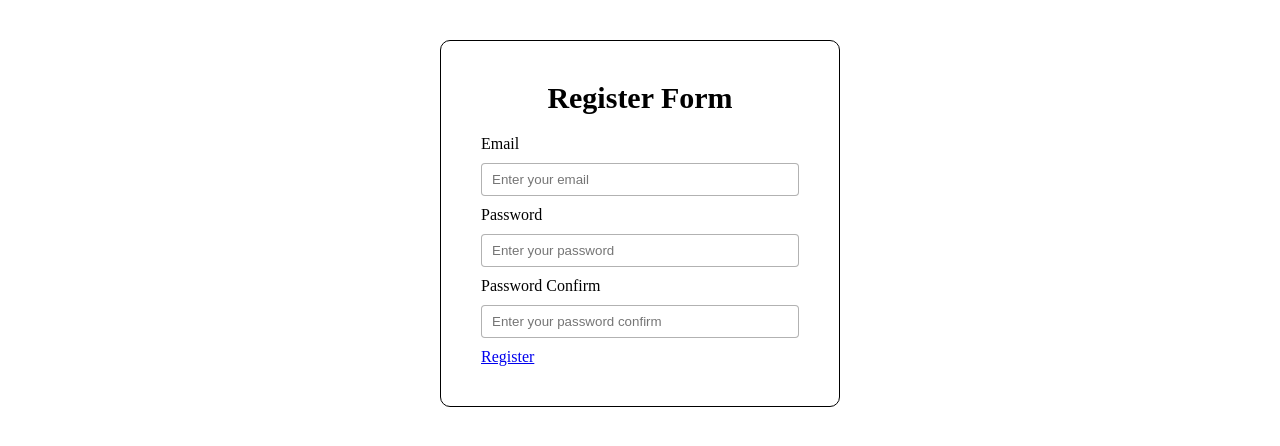
Repository: nptg3105/Register-form
Page: index.html
An editor plug-in stored every save of this project. The page is shown before and after the next save, followed by the edit.
The browser window is 1280 px wide. The pictures show the whole page.
Some web libraries are served in a nearby version.

Above is the page before, as saved 2022-01-05 21:56:53.

### index.html
<!DOCTYPE html>
<html lang="en">
  <head>
    <meta charset="UTF-8" />
    <meta http-equiv="X-UA-Compatible" content="IE=edge" />
    <meta name="viewport" content="width=device-width, initial-scale=1.0" />
    <title>Document</title>
    <link rel="stylesheet" href="style.css" />
  </head>
  <body>
    <div id="register-form"></div>

    <script
      src="https://unpkg.com/react@17/umd/react.production.min.js"
      crossorigin
    ></script>
    <script
      src="https://unpkg.com/react-dom@17/umd/react-dom.production.min.js"
      crossorigin
    ></script>
    <script src="https://unpkg.com/babel-standalone@6/babel.min.js"></script>
    <script type="text/babel" src="main.js"></script>
  </body>
</html>

### style.css
* {
  box-sizing: border-box;
  margin: 0;
  padding: 0;
}
.register {
  background-color: #fff;
  max-width: 400px;
  margin: 40px auto;
  padding: 40px;
  border: 1px solid #000;
  border-radius: 10px;
}
.title {
  text-align: center;
  font-weight: bold;
  font-size: 30px;
  margin-bottom: 20px;
}
#email,
#password,
#password-confirm {
  margin: 10px 0;
  width: 100%;
  padding: 8px 50px 8px 10px;
  border-radius: 4px;
  border: 1px solid rgba(0, 0, 0, 0.3);
}

### main.js
const registerForm = document.querySelector("#register-form");
const form = (
  <div className="register">
    <h2 className="title">Register Form</h2>
    <form>
      <label for="email">Email</label>
      <br />
      <input
        placeholder="Enter your email"
        type="email"
        id="email"
        name="mail"
      />
      <br />
      <label for="password">Password</label>
      <br />
      <input
        placeholder="Enter your password"
        type="password"
        id="password"
        name="pass"
      />
      <br />
      <label for="password-confirm">Password Confirm</label>
      <br />
      <input
        placeholder="Enter your password confirm"
        type="password"
        id="password-confirm"
        name="pass-confirm"
      />
    </form>
    <a href="#">Register</a>
  </div>
);
ReactDOM.render(form, registerForm);

After the next save:
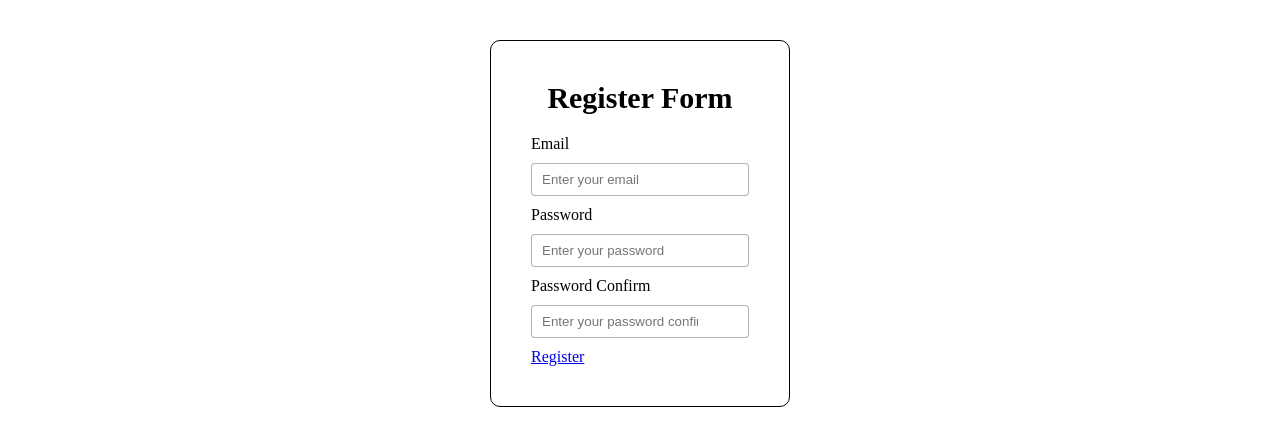
Saved 5 s later.
--- a/style.css
+++ b/style.css
@@ -5,7 +5,7 @@
 }
 .register {
   background-color: #fff;
-  max-width: 400px;
+  max-width: 300px;
   margin: 40px auto;
   padding: 40px;
   border: 1px solid #000;

After the save that followed:
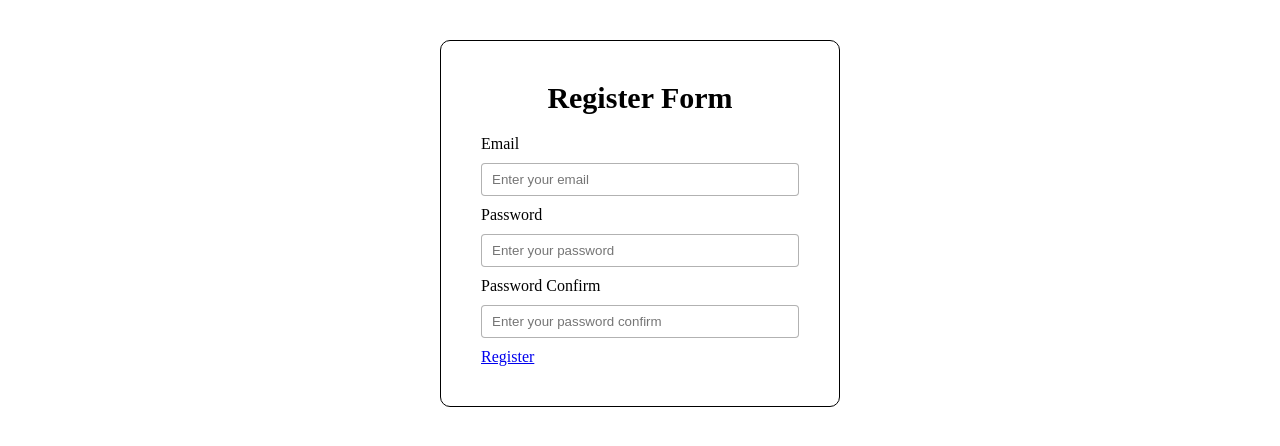
Saved 4 s later.
--- a/style.css
+++ b/style.css
@@ -5,7 +5,7 @@
 }
 .register {
   background-color: #fff;
-  max-width: 300px;
+  max-width: 400px;
   margin: 40px auto;
   padding: 40px;
   border: 1px solid #000;
